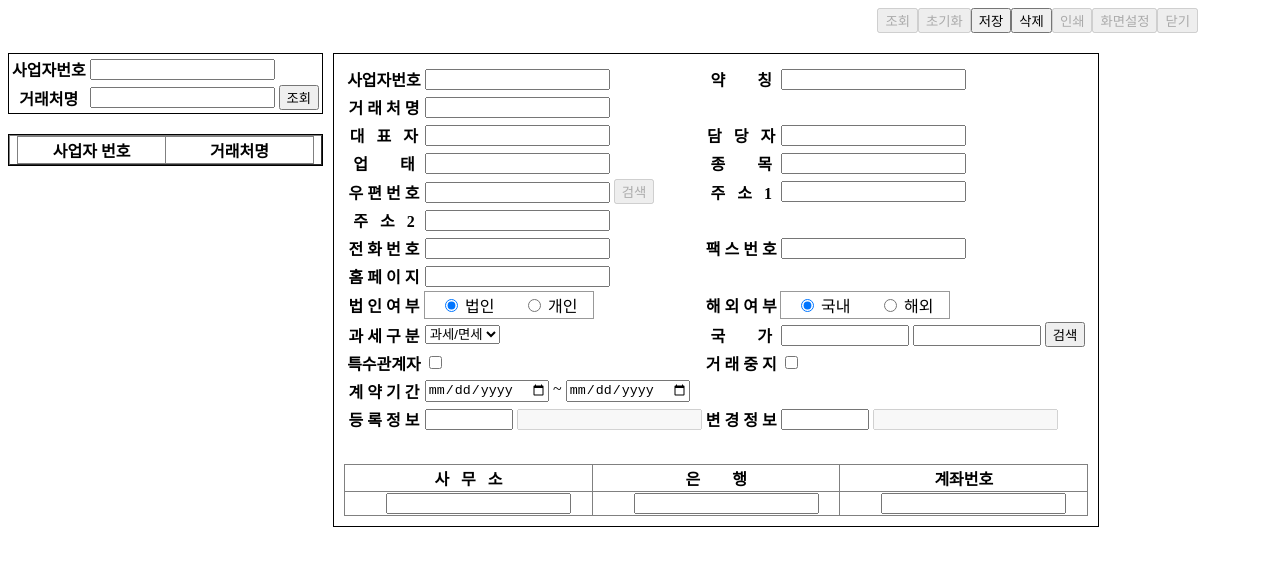
Repository: Chocobe/-practice-FrontSide-Tip
Page: http://localhost/wishTestProject/views/accountManager/accountManagerView.jsp
An editor plug-in stored every save of this project. The page is shown before and after the next save, followed by the edit.
The browser window is 1280 px wide. The pictures show the whole page.
The page is served by Tomcat 9. Nobody is signed in. The application's start-up code is not run.

Above is the page before, as saved 2020-02-27 03:48:34.

After the next save:
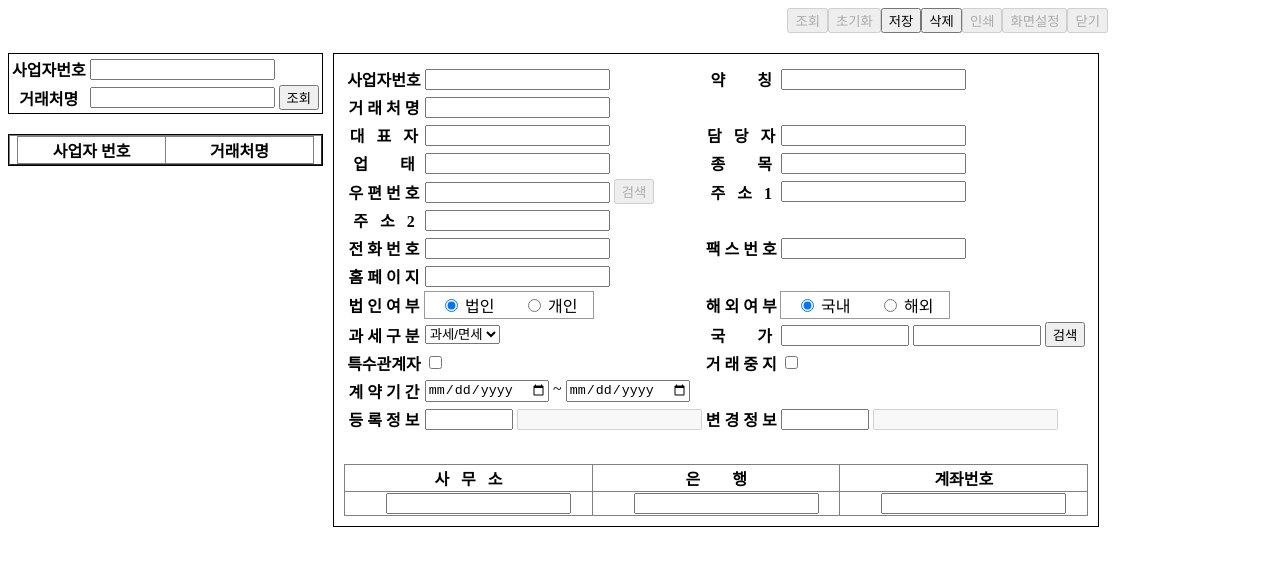
Saved 37 s later.
--- a/wishTest/wishTestProject/WebContent/css/accountManager/accountManagerView.css
+++ b/wishTest/wishTestProject/WebContent/css/accountManager/accountManagerView.css
@@ -2,7 +2,7 @@
 
 /* .wrap */
     .wrap {
-        width: 1190px;
+        width: 1100px;
 
         display: flex;
         flex-flow: row wrap;
